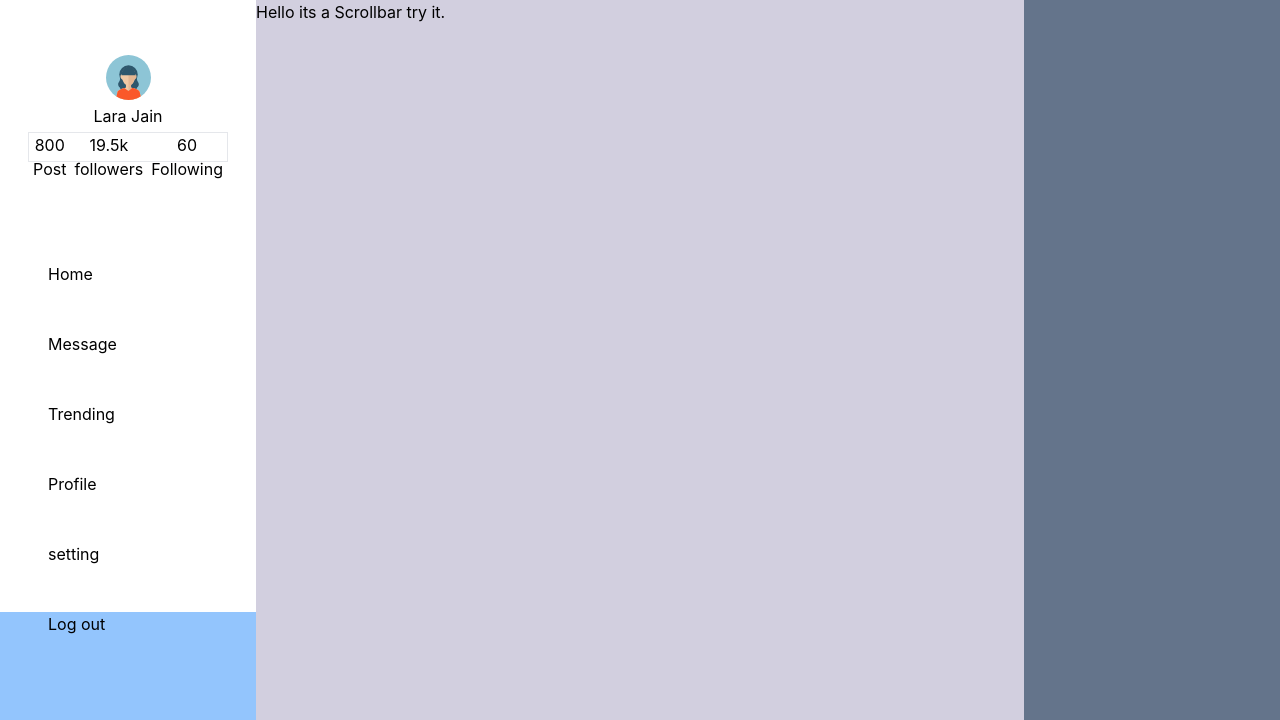
Repository: cosmicswati/upgrad-captions-project
Page: /account/signin
The author's editor kept a copy of each file at every save. The page is drawn from the files as they stood at one save, then again after the next save.
The browser window is 1280 px wide. The pictures show the whole page.
An inner scrolling area shows only its first screen. The project was rebuilt for these pictures with package versions that can differ from the ones it lists, and the page was loaded fresh each time. Also part of the build but not shown: src/components/Input/index.js, src/components/Button/index.js, src/modules/Authorization/Form.jsx, src/modules/Authorization/index.js.

Above is the page before, as saved 2024-04-09 14:13:39.

After the next save:
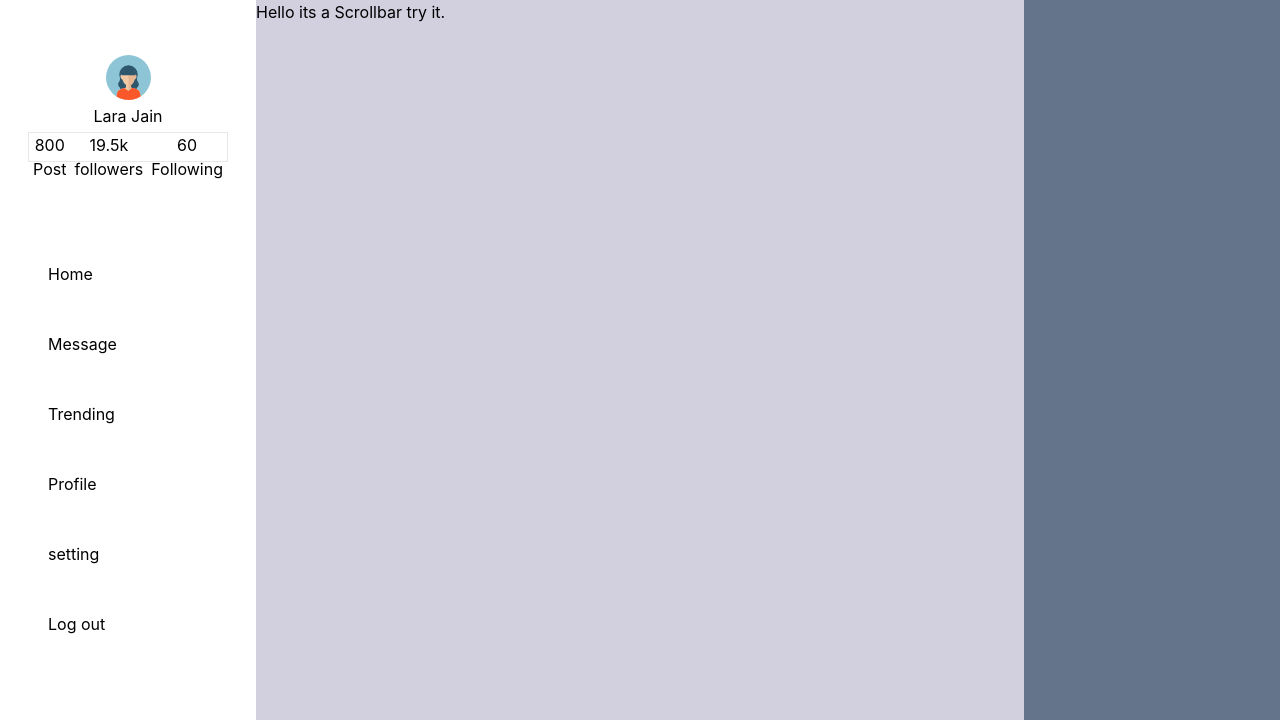
Saved 29 s later.
--- a/src/modules/Home/index.js
+++ b/src/modules/Home/index.js
@@ -32,7 +32,7 @@ const Home = () => {
                     <div>Profile</div>
                     <div>setting</div>
             </div>
-            <div className='h-[15%] bg-blue-300'>
+            <div className='h-[15%]'>
                 <div className='ml-12 cursor-pointer'>Log out</div>
             </div>
         </div>
